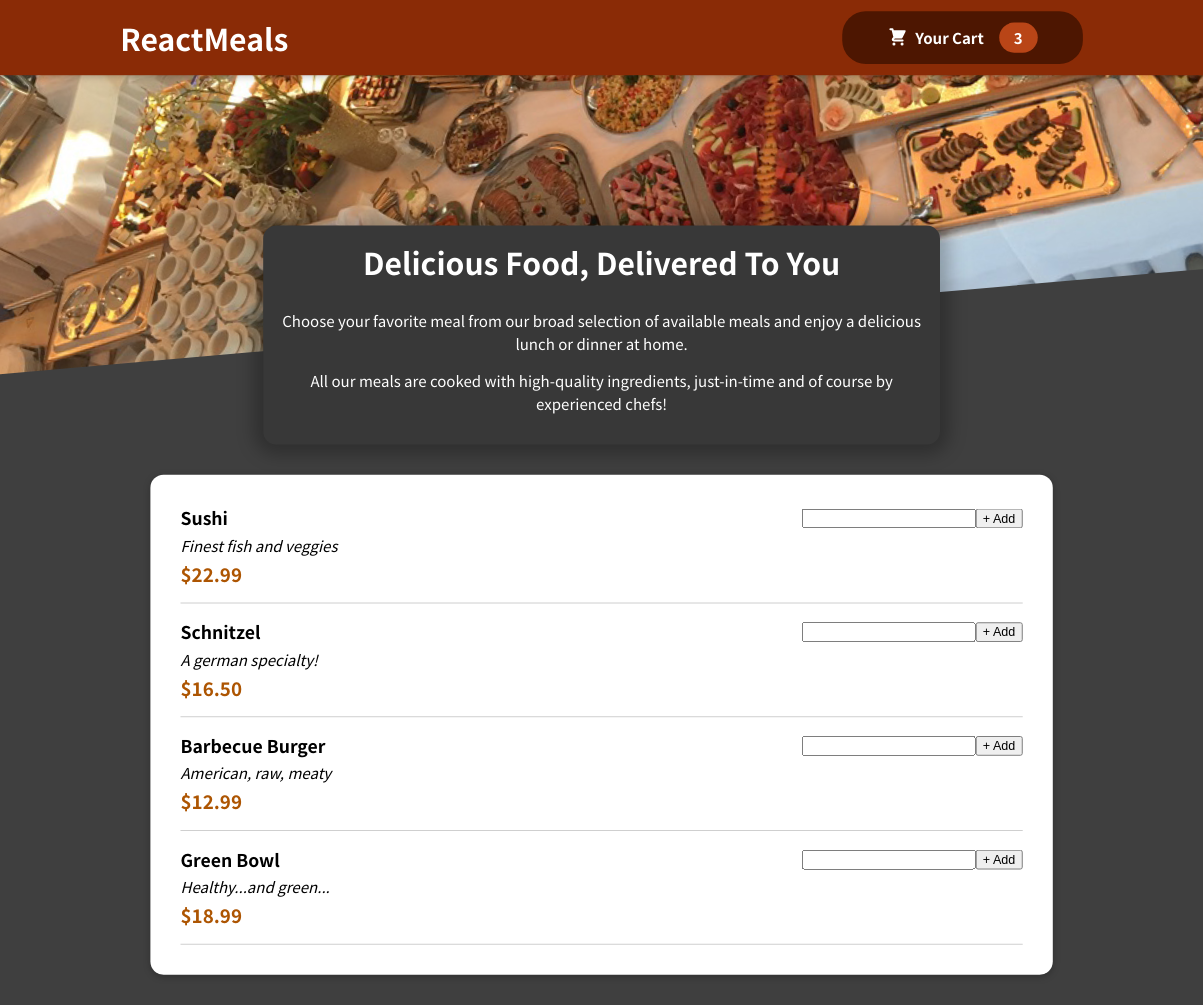
Repository: m-ahmadshaikh/React-Food-Ordering-App
Page: /
These files come from the project's save history. The page is drawn as it stood at one moment and after the next save; the edit follows.
The browser window is 1280 px wide. The pictures show the whole page, at 94% of full size.
The project was rebuilt for these pictures with package versions that can differ from the ones it lists, and the page was loaded fresh each time.

Above is the page before, as saved 2022-09-08 16:50:15.

After the next save:
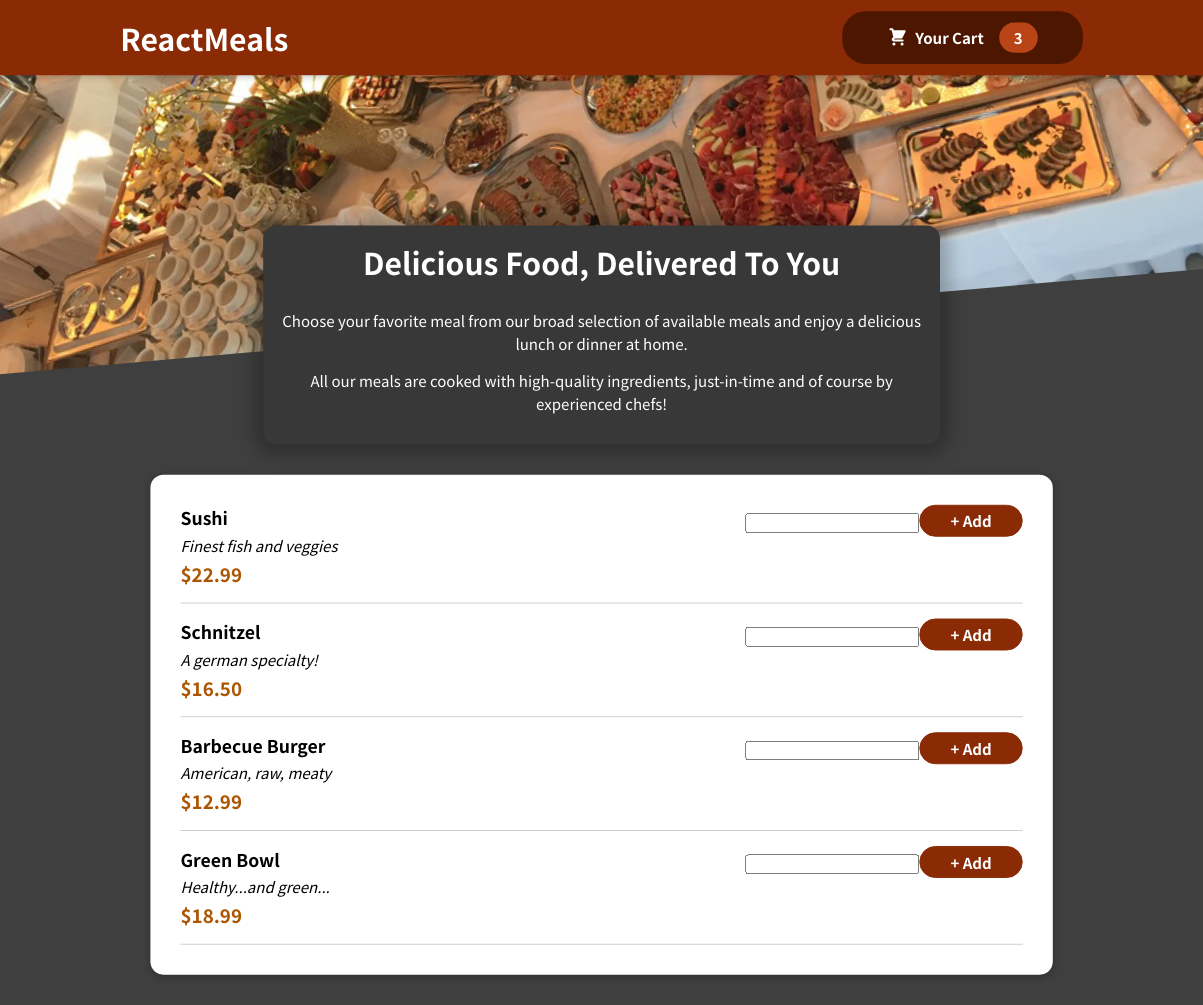
Saved 32 s later.
--- a/src/components/Meals/MealItemForm.js
+++ b/src/components/Meals/MealItemForm.js
@@ -2,7 +2,7 @@ import React from 'react';
 import classes from './MealItemForm.module.css';
 export default function MealItemForm() {
   return (
-    <form>
+    <form className={classes.form}>
       <input />
       <button>+ Add</button>
     </form>
